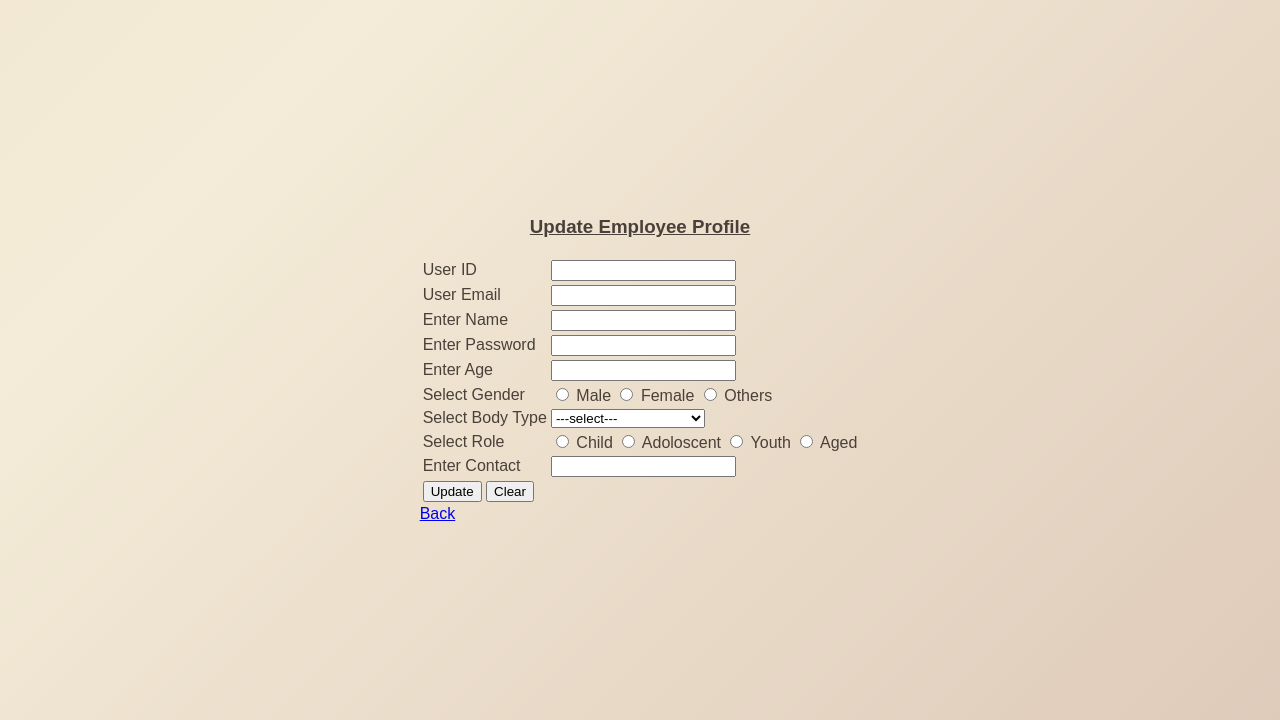
Repository: chaitanyasivathmika/NutrientDiet
Page: http://localhost/NutrientDiet/usersettings.jsp
These files come from the project's save history. The page is drawn as it stood at one moment and after the next save; the edit follows.
The browser window is 1280 px wide. The pictures show the whole page.
The page is served by Tomcat 10. Other server files are loaded and not shown.

Above is the page before, as saved 2024-11-15 16:28:15.

### NutrientDiet/src/main/webapp/usersettings.jsp

<!DOCTYPE html>
<html>
<head>
    <title>Update Employee</title>
    <style>
    /* General styling for body */
    body {
        margin: 0;
        padding: 0;
        font-family: 'Arial', sans-serif;
        background: linear-gradient(135deg, #e9dac1, #f4ecd8, #dac3b3); /* Soft pastel gradient */
        color: #4a403a; /* Dark brownish-gray text */
        height: 100vh;
        display: flex;
        flex-direction: column;
        justify-content: center;
        align-items: center;
        background-size: 200% 200%;
        animation: backgroundAnimation 12s ease infinite;
    }

    /* Background gradient animation */
    @keyframes backgroundAnimation {
        0% { background-position: 0% 50%; }
        50% { background-position: 100% 50%; }
        100% { background-position: 0% 50%; }
    }

    /* Centered heading styling */
    h2 {
        margin-bottom: 20px;
        color: #5a4d44; /* Warm, deep color for heading */
        font-size: 34px;
        text-align: center;
        text-shadow: 0 0 8px rgba(90, 77, 68, 0.2);
    }

    /* Navbar styling */
    .navbar {
        display: flex;
        justify-content: center;
        gap: 15px;
        margin-bottom: 20px;
    }

    .navbar a {
        text-decoration: none;
        padding: 12px 24px;
        color: #f4ecd8; /* Light, subtle text color for buttons */
        font-weight: bold;
        position: relative;
        border-radius: 10px;
        overflow: hidden;
        background-color: #a67f60; /* Earthy brown background for buttons */
        box-shadow: 0 4px 10px rgba(0, 0, 0, 0.15);
        transition: all 0.4s ease-in-out;
        cursor: pointer;
    }

    /* Navbar button hover effect */
    .navbar a:hover {
        color: #dac3b3; /* Softer color on hover */
        background-color: #c49782; /* Slightly lighter earthy tone */
        box-shadow: 0 0 10px 3px rgba(196, 151, 130, 0.4);
        transform: translateY(-4px); /* Lift effect */
    }

    /* Button active click effect */
    .navbar a:active {
        box-shadow: 0 0 8px 2px rgba(165, 115, 94, 0.4);
        transform: translateY(2px); /* Subtle press-down effect */
    }

    /* Content display area */
    .content {
        display: none; /* Hidden by default */
        padding: 20px;
        margin-top: 20px;
        width: 80%;
        max-width: 600px;
        background-color: #e5d2c2; /* Soft background for content area */
        border-radius: 10px;
        box-shadow: 0 6px 12px rgba(0, 0, 0, 0.1);
        color: #4a403a;
        font-size: 16px;
        text-align: center;
    }

    /* JavaScript for toggling content */
    .navbar a.active + .content {
        display: block; /* Show content when button is active */
    }
</style>
</head>
<body>

  </h4>

    <h3 style="text-align: center;"><u>Update Employee Profile</u></h3>
    <div class="form-container">
        <form method="post" action="updateuserprofile">
            <table>
                <tr>
                    <td><label for="id">User ID</label></td>
                    <td><input type="number" id="id" name="id"  <%-- value="<%= us.getId() %>" --%> required/></td>
                </tr>
               <tr>
                    <td><label for="uemail">User Email</label></td>
                    <td><input type="email" id="uemail" name="uemail" <%-- value="<%= emp.getName() %>" --%> required/></td>
                </tr>
                <tr>
                    <td><label for="uname">Enter Name</label></td>
                    <td><input type="text" id="uname" name="uname" <%-- value="<%= emp.getDateofbirth() %>" --%> required/></td>
                </tr>
                <tr>
                    <td><label for="upassword">Enter Password</label></td>
                    <td><input type="password" id="upassword" name="upassword" <%-- value="<%= emp.getDateofbirth() %>" --%> required/></td>
                </tr>
                <tr>
                    <td><label for="uage">Enter Age</label></td>
                    <td><input type="text" id="uage" name="uage" <%-- value="<%= emp.getDateofbirth() %>" --%> required/></td>
                </tr>

                <tr>
                    <td><label>Select Gender</label></td>
                    <td>
                        <input type="radio" id="male" name="ugender" value="MALE"  required/>
                        <label for="male">Male</label>
                        <input type="radio" id="female" name="ugender" value="FEMALE"   required/>
                        <label for="female">Female</label>
                        <input type="radio" id="others" name="ugender" value="OTHERS"   required/>
                        <label for="others">Others</label>
                    </td>
                </tr>

                <tr>
                    <td><label>Select Body Type</label></td>
                    <td>
                        <select id="bodyType" name="bodyType" required>
                        	<option value="">---select---</option>
                            <option value="Girl_Athletics">Girl_Athletics</option>
                            <option value="Girl_HourGlass">Girl_HourGlass</option>
                            <option value="Girl_InvertedTriangle">Girl_InvertedTriangle</option>
                            <option value="Girl_Rectangle">Girl_Rectangle</option>
                            <option value="Girl_Round">Girl_Round</option>
                            <option value="Girl_Ectomorph">Girl_Ectomorph</option>
                            <option value="Girl_Endomorph">Girl_Endomorph</option>
                            <option value="Girl_Mesomorph">Girl_Mesomorph</option>
                            <option value="M_Ectomorph(12-20)">M_Ectomorph(12-20)</option>
                            <option value="M_Endomorph(12-20)">M_Endomorph(12-20)</option>
                            <option value="M_Mesomorph(12-20)">M_Mesomorph(12-20)</option>
                            <option value="M_Ectomorph(20-45)">M_Ectomorph(20-45)</option>
                            <option value="M_Endomorph(20-45)">M_Endomorph(20-45)</option>
                            <option value="M_Mesomorph(20-45)">M_Mesomorph(20-45)</option>
                        </select>
                    </td>
                </tr>


                <tr>
                    <td><label>Select Role</label></td>
                    <td>
                        <input type="radio" id="child" name="urole" value="child"  required/>
                        <label for="child">Child</label>
                        <input type="radio" id="adoloscent" name="urole" value="adoloscent"   required/>
                        <label for="adoloscent">Adoloscent</label>
                        <input type="radio" id="youth" name="urole" value="youth"   required/>
                        <label for="youth">Youth</label>
                        <input type="radio" id="aged" name="aged" value="aged"   required/>
                        <label for="aged">Aged</label>
                    </td>
                </tr>
                <tr>
                    <td><label for="ucontact">Enter Contact</label></td>
                    <td><input type="text" id="ucontact" name="ucontact" <%-- value="<%= emp.getLocation() %>" --%> required/></td>
                </tr>

                <tr>
                    <td colspan="2" class="button-container">
                        <input type="submit" value="Update"/>
                        <input type="reset" value="Clear"/>
                    </td>
                </tr>
            </table>
            <a href="userhome">Back</a>
        </form>
    </div>
</body>
</html>

After the next save:
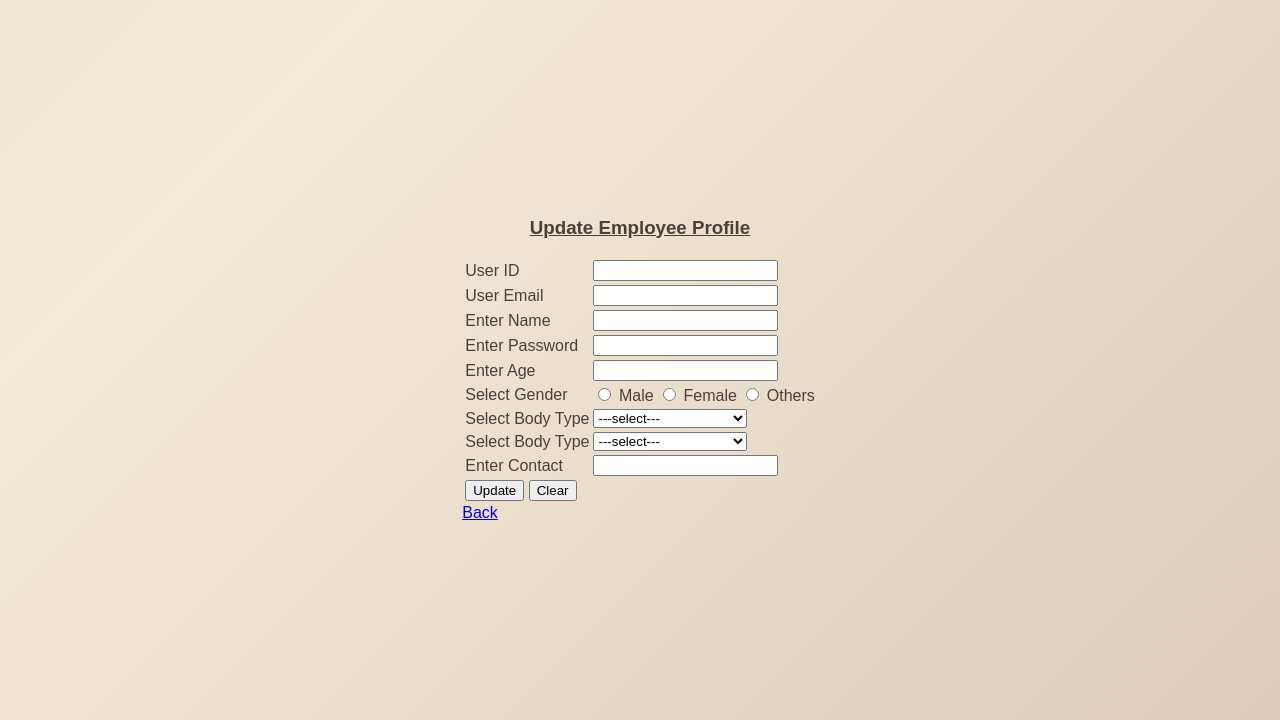
Saved 113 s later.
--- a/NutrientDiet/src/main/webapp/usersettings.jsp
+++ b/NutrientDiet/src/main/webapp/usersettings.jsp
@@ -159,16 +159,25 @@
 
 
                 <tr>
-                    <td><label>Select Role</label></td>
+                    <td><label>Select Body Type</label></td>
                     <td>
-                        <input type="radio" id="child" name="urole" value="child"  required/>
-                        <label for="child">Child</label>
-                        <input type="radio" id="adoloscent" name="urole" value="adoloscent"   required/>
-                        <label for="adoloscent">Adoloscent</label>
-                        <input type="radio" id="youth" name="urole" value="youth"   required/>
-                        <label for="youth">Youth</label>
-                        <input type="radio" id="aged" name="aged" value="aged"   required/>
-                        <label for="aged">Aged</label>
+                        <select id="bodyType" name="bodyType" required>
+                        	<option value="">---select---</option>
+                            <option value="Girl_Athletics">Girl_Athletics</option>
+                            <option value="Girl_HourGlass">Girl_HourGlass</option>
+                            <option value="Girl_InvertedTriangle">Girl_InvertedTriangle</option>
+                            <option value="Girl_Rectangle">Girl_Rectangle</option>
+                            <option value="Girl_Round">Girl_Round</option>
+                            <option value="Girl_Ectomorph">Girl_Ectomorph</option>
+                            <option value="Girl_Endomorph">Girl_Endomorph</option>
+                            <option value="Girl_Mesomorph">Girl_Mesomorph</option>
+                            <option value="M_Ectomorph(12-20)">M_Ectomorph(12-20)</option>
+                            <option value="M_Endomorph(12-20)">M_Endomorph(12-20)</option>
+                            <option value="M_Mesomorph(12-20)">M_Mesomorph(12-20)</option>
+                            <option value="M_Ectomorph(20-45)">M_Ectomorph(20-45)</option>
+                            <option value="M_Endomorph(20-45)">M_Endomorph(20-45)</option>
+                            <option value="M_Mesomorph(20-45)">M_Mesomorph(20-45)</option>
+                        </select>
                     </td>
                 </tr>
                 <tr>
